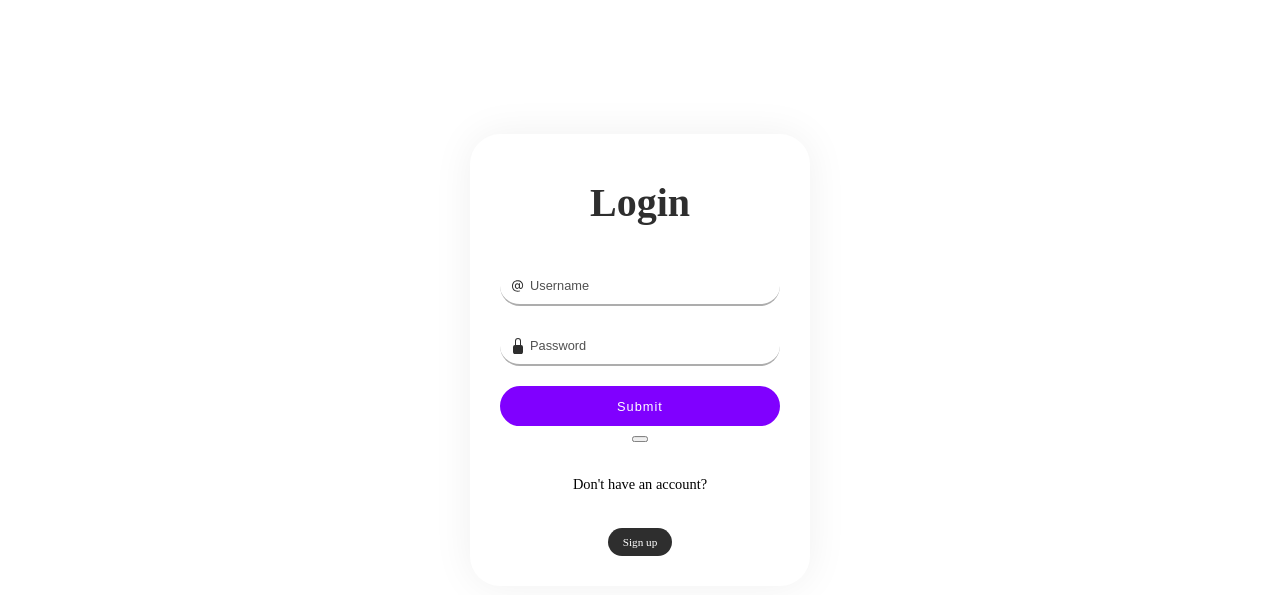
Repository: sharmisthak16/Student-Assignment
Page: / (app in my-project/)
An editor plug-in stored every save of this project. The page is shown before and after a run of saves, followed by the edit.
The browser window is 1280 px wide. The pictures show the whole page.
The project was rebuilt for these pictures with package versions that can differ from the ones it lists, and the page was loaded fresh each time. Also part of the build but not shown: my-project/vite.config.js, my-project/src/index.css, my-project/src/components/Dashboard.jsx.

Above is the page before, as saved 2025-01-30 12:04:48.

### my-project/index.html
<!doctype html>
<html lang="en">
  <head>
    <meta charset="UTF-8" />

    <meta name="viewport" content="width=device-width, initial-scale=1.0" />
    <title>Assignment</title>
  </head>
  <body>
    <div id="root"></div>
    <script type="module" src="/src/main.jsx"></script>
  </body>
</html>

### my-project/src/App.jsx
import React from 'react';
import { BrowserRouter as Router, Route, Routes } from 'react-router-dom'; // Use Routes instead of Switch
import LoginForm from './components/LoginForm';
import Dashboard from './components/Dashboard'; // Create this component for the dashboard page

function App() {
  return (
    <Router>
      <Routes>
        <Route path="/" element={<LoginForm />} /> {/* Use element instead of component */}
        <Route path="/dashboard" element={<Dashboard />} /> {/* Use element instead of component */}
      </Routes>
    </Router>
  );
}

export default App;

### my-project/src/components/LoginForm.jsx
// LoginForm.jsx

import React, { useState } from 'react';
import { useNavigate } from 'react-router-dom'; // Import useNavigate from react-router-dom
import { auth, signInWithEmailAndPassword } from '../components/firebase'; // Import Firebase auth functions
import { toast } from 'react-toastify'; // Import toast for notifications
import './LoginForm.css'; // Import custom styles

const LoginForm = () => {
  const [username, setUsername] = useState(''); // State to hold username (email)
  const [password, setPassword] = useState(''); // State to hold password
  const navigate = useNavigate(); // Initialize navigate function

  // Handle form submission
  const handleSubmit = async (e) => {
    e.preventDefault();

    // Email validation regex
    const emailPattern = /^[a-zA-Z0-9._-]+@[a-zA-Z0-9.-]+\.[a-zA-Z]{2,6}$/;
    if (!emailPattern.test(username)) {
      toast.error("Please enter a valid email address.");
      return;
    }

    try {
      // Attempt to sign in with the provided email and password
      const userCredential = await signInWithEmailAndPassword(auth, username, password);
      console.log('User logged in:', userCredential.user);
      toast.success('Login Successful!');
      navigate('/dashboard'); // Navigate to dashboard on successful login
    } catch (error) {
      console.error("Error during login:", error.message);
      toast.error('Login Failed! Please check your credentials.');
    }
  };

  return (
    <form className="form_main" onSubmit={handleSubmit}>
      <p className="heading">Login</p>

      <div className="inputContainer">
        <svg
          viewBox="0 0 16 16"
          fill="#2e2e2e"
          height="16"
          width="16"
          xmlns="http://www.w3.org/2000/svg"
          className="inputIcon"
        >
          <path d="M13.106 7.222c0-2.967-2.249-5.032-5.482-5.032-3.35 0-5.646 2.318-5.646 5.702 0 3.493 2.235 5.708 5.762 5.708.862 0 1.689-.123 2.304-.335v-.862c-.43.199-1.354.328-2.29.328-2.926 0-4.813-1.88-4.813-4.798 0-2.844 1.921-4.881 4.594-4.881 2.735 0 4.608 1.688 4.608 4.156 0 1.682-.554 2.769-1.416 2.769-.492 0-.772-.28-.772-.76V5.206H8.923v.834h-.11c-.266-.595-.881-.964-1.6-.964-1.4 0-2.378 1.162-2.378 2.823 0 1.737.957 2.906 2.379 2.906.8 0 1.415-.39 1.709-1.087h.11c.081.67.703 1.148 1.503 1.148 1.572 0 2.57-1.415 2.57-3.643zm-7.177.704c0-1.197.54-1.907 1.456-1.907.93 0 1.524.738 1.524 1.907S8.308 9.84 7.371 9.84c-.895 0-1.442-.725-1.442-1.914z"></path>
        </svg>
        <input
          placeholder="Username"
          id="username"
          className="inputField"
          type="text"
          value={username}
          onChange={(e) => setUsername(e.target.value)}
        />
      </div>

      <div className="inputContainer">
        <svg
          viewBox="0 0 16 16"
          fill="#2e2e2e"
          height="16"
          width="16"
          xmlns="http://www.w3.org/2000/svg"
          className="inputIcon"
        >
          <path d="M8 1a2 2 0 0 1 2 2v4H6V3a2 2 0 0 1 2-2zm3 6V3a3 3 0 0 0-6 0v4a2 2 0 0 0-2 2v5a2 2 0 0 0 2 2h6a2 2 0 0 0 2-2V9a2 2 0 0 0-2-2z"></path>
        </svg>
        <input
          placeholder="Password"
          id="password"
          className="inputField"
          type="password"
          value={password}
          onChange={(e) => setPassword(e.target.value)}
        />
      </div>

      <button id="button" type="submit">
        Submit
      </button>
      <div className="signupContainer">
        <button></button><p>Don't have an account?</p>
        <a href="#">Sign up</a>
      </div>
    </form>
  );
};

export default LoginForm;

### my-project/src/components/firebase.js
// firebase.js

import { initializeApp } from "firebase/app";
import { getAuth, signInWithEmailAndPassword } from "firebase/auth"; // Import auth functions from firebase/auth

// Your Firebase config
const firebaseConfig = {
    apiKey: "AIzaSyBbJ0LWJOG7xecQUhc7-0NGPvu33pYSSAg",
  authDomain: "assignment-f6a48.firebaseapp.com",
  projectId: "assignment-f6a48",
  storageBucket: "assignment-f6a48.firebasestorage.app",
  messagingSenderId: "801572322432",
  appId: "1:801572322432:web:b56f932b3f50b6140f7a65",
  measurementId: "G-SBG6GTP1V2"
};

// Initialize Firebase
const app = initializeApp(firebaseConfig);
const auth = getAuth(app); // Get auth instance

// Export auth and signInWithEmailAndPassword
export { auth, signInWithEmailAndPassword };

### my-project/src/components/LoginForm.css
/* From Uiverse.io by vinodjangid07 */
.form_main {
    width: 280px;
    display: flex;
    flex-direction: column;
    align-items: center;
    justify-content: center;
    background-color: rgb(255, 255, 255);
    padding: 30px 30px 30px 30px;
    border-radius: 30px;
    box-shadow: 0px 0px 40px rgba(0, 0, 0, 0.062);
    position: absolute;
    top: 50%;
    left: 50%;
    transform: translate(-50%,-50%);
  }

  .heading {
    font-size: 2.5em;
    color: #2e2e2e;
    font-weight: 700;
    margin: 15px 0 30px 0;
  }

  .inputContainer {
    width: 100%;
    position: relative;
    display: flex;
    align-items: center;
    justify-content: center;
  }

  .inputIcon {
    position: absolute;
    left: 10px;
  }

  .inputField {
    width: 100%;
    height: 40px;
    background-color: transparent;
    border: none;
    border-bottom: 2px solid rgb(173, 173, 173);
    border-radius: 30px;
    margin: 10px 0;
    color: black;
    font-size: .8em;
    font-weight: 500;
    box-sizing: border-box;
    padding-left: 30px;
  }

  .inputField:focus {
    outline: none;
    border-bottom: 2px solid rgb(199, 114, 255);
  }

  .inputField::placeholder {
    color: rgb(80, 80, 80);
    font-size: 1em;
    font-weight: 500;
  }

  #button {
    position: relative;
    width: 100%;
    border: 2px solid #8000ff;
    background-color: #8000ff;
    height: 40px;
    color: white;
    font-size: .8em;
    font-weight: 500;
    letter-spacing: 1px;
    border-radius: 30px;
    margin: 10px;
    cursor: pointer;
    overflow: hidden;
  }

  #button::after {
    content: "";
    position: absolute;
    background-color: rgba(255, 255, 255, 0.253);
    height: 100%;
    width: 150px;
    top: 0;
    left: -200px;
    border-bottom-right-radius: 100px;
    border-top-left-radius: 100px;
    filter: blur(10px);
    transition-duration: .5s;
  }

  #button:hover::after {
    transform: translateX(600px);
    transition-duration: .5s;
  }

  .signupContainer {
    margin: 0;
    display: flex;
    flex-direction: column;
    align-items: center;
    justify-content: center;
    gap: 20px;
  }

  .signupContainer p {
    font-size: .9em;
    font-weight: 500;
    color: black;
  }

  .signupContainer a {
    font-size: .7em;
    font-weight: 500;
    background-color: #2e2e2e;
    color: white;
    text-decoration: none;
    padding: 8px 15px;
    border-radius: 20px;
  }

Loaded but not shown: my-project/src/main.jsx (common file)

After the next 2 saves:
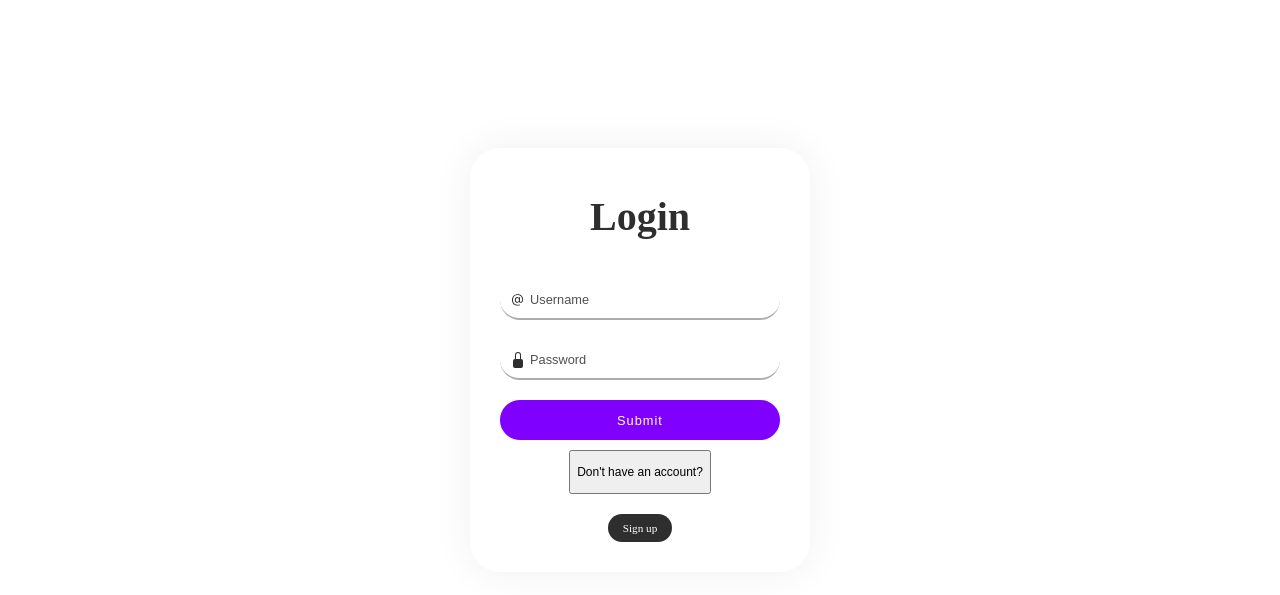
The 2 saves are shown as one change because they came seconds apart.
The last was saved 6 s later.
--- a/my-project/src/components/LoginForm.jsx
+++ b/my-project/src/components/LoginForm.jsx
@@ -84,7 +84,7 @@ const LoginForm = () => {
         Submit
       </button>
       <div className="signupContainer">
-        <button></button><p>Don't have an account?</p>
+        <button><p>Don't have an account?</p></button>
         <a href="#">Sign up</a>
       </div>
     </form>
